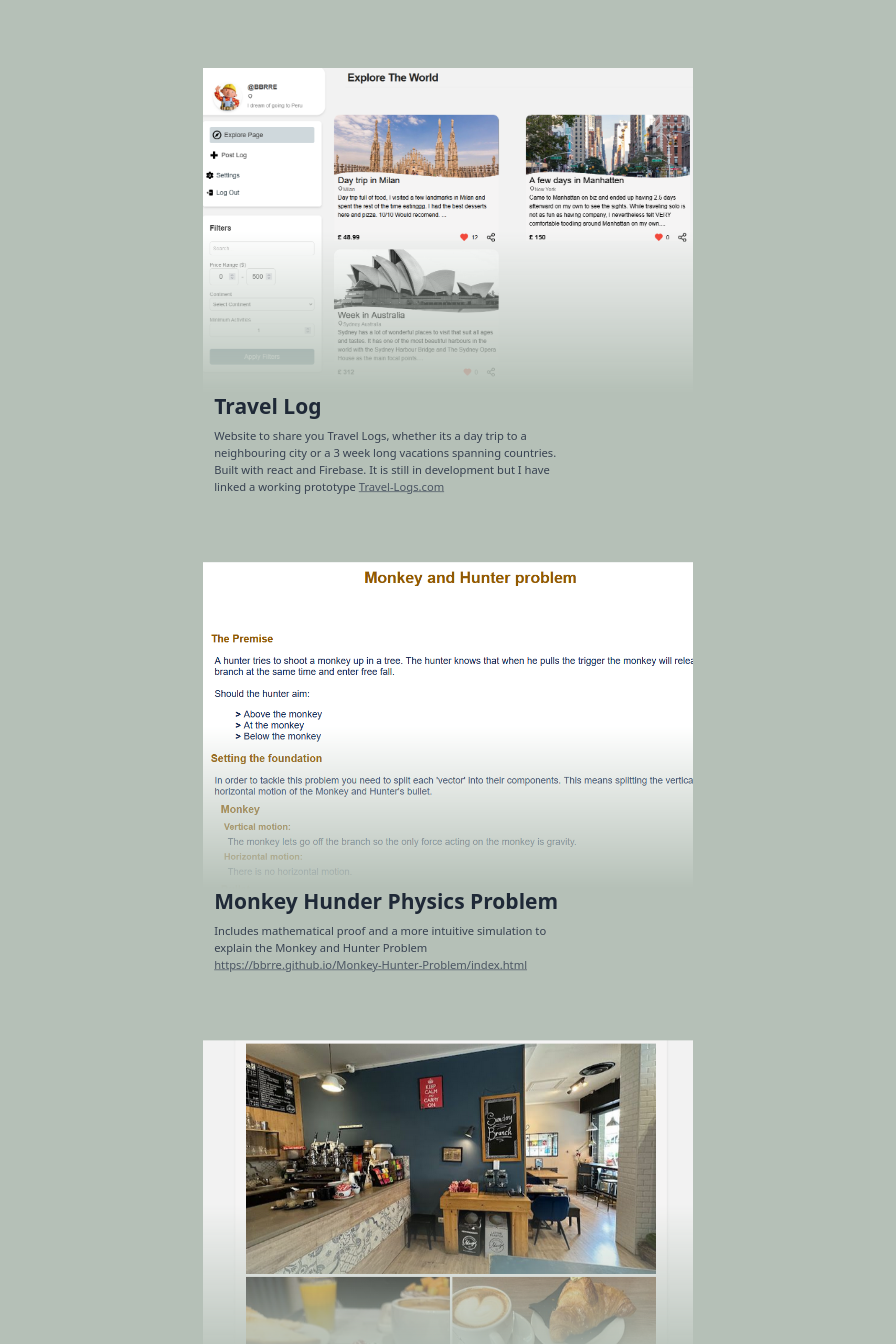
Repository: BBRRE/Portfolio-V2
Page: /#/Computer-Sci
An editor plug-in stored every save of this project. The page is shown before and after the next save, followed by the edit.
The browser window is 1280 px wide. The pictures show the part of the page from y = 0 to 1920 px (the page is 2073 px tall before and 2634 px after), at 70% of full size.
Some web fonts or font styles are not loaded; a fallback is used. The project was rebuilt for these pictures with package versions that can differ from the ones it lists, and the page was loaded fresh each time. Also part of the build but not shown: vite.config.js, src/Subjects/Archi.jsx, src/Subjects/EEng.jsx, src/Subjects/Other.jsx, src/Projects Overview.jsx, src/HomePage.jsx, src/ErrorBoundary.jsx.

Above is the page before, as saved 2024-11-29 09:17:45.

After the next save:
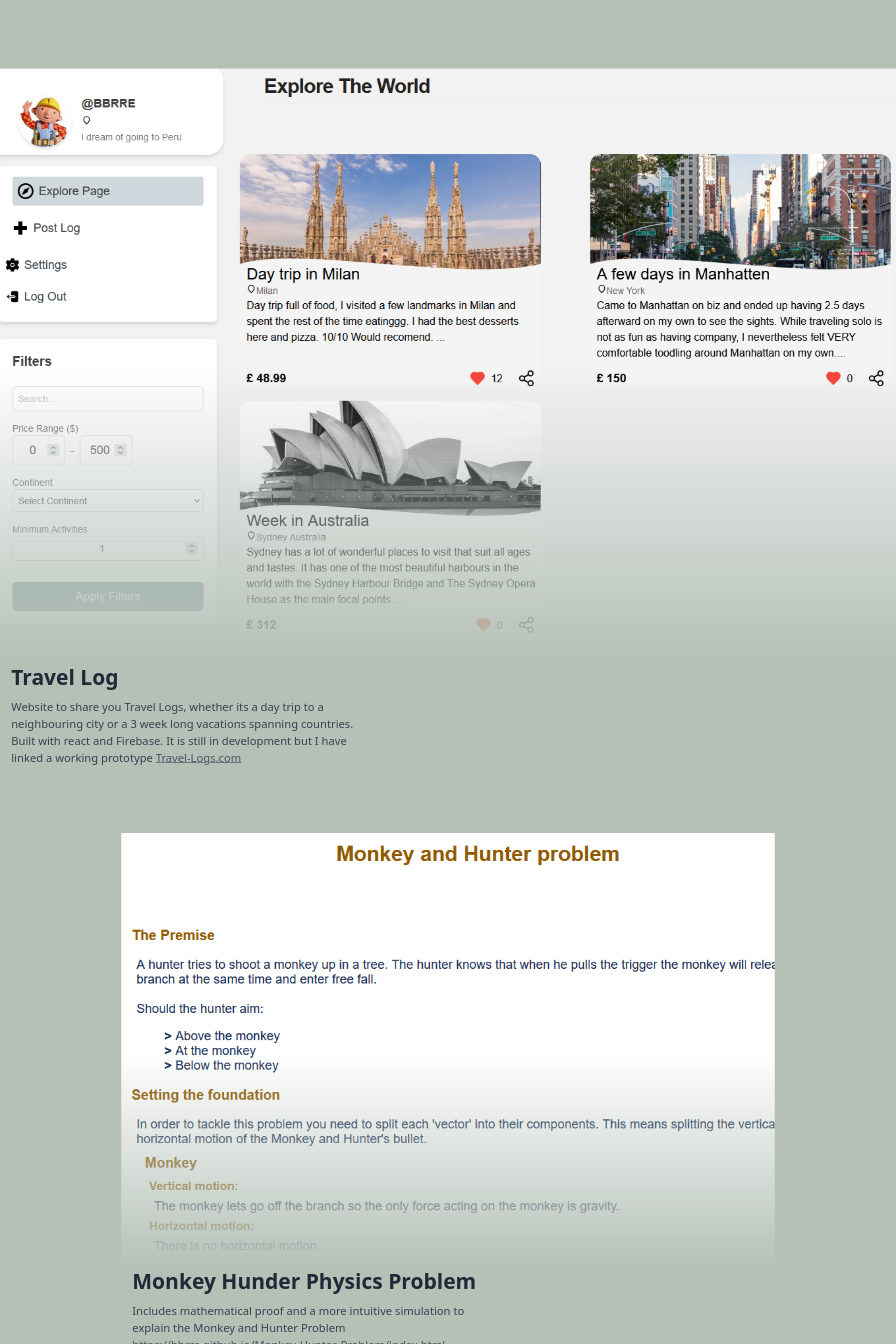
Saved 13 s later.
--- a/src/Subjects/CompSci.jsx
+++ b/src/Subjects/CompSci.jsx
@@ -6,7 +6,7 @@ import tr from '../assets/tra.png'
 const CompSci = () => {
   return (
     <div className='bg-[#B5C0B7] w-full h-auto min-h-screen grid grid-cols-1'>
-      <div className='flex flex-col mx-auto mt-24 w-[700px]'>
+      <div className='flex flex-col mx-auto mt-24'>
         <img src={cs} style={{ WebkitMaskImage: 'linear-gradient(to top, transparent 0%, black 50%)' }} />
         <div className="  flex flex-col ml-4 gap-3 justify-center">
           <h2 className=" text-left text-xl md:text-2xl lg:text-3xl font-semibold text-gray-800">
@@ -19,7 +19,7 @@ const CompSci = () => {
         </div>
       </div>
 
-      <div className='flex flex-col mx-auto mt-24 w-[700px]'>
+      <div className='flex flex-col mx-auto mt-24'>
         <img src={ph} style={{ WebkitMaskImage: 'linear-gradient(to top, transparent 0%, black 50%)' }} />
         <div className=" flex flex-col ml-4 gap-3 justify-center">
           <h2 className=" text-left text-xl md:text-2xl lg:text-3xl font-semibold text-gray-800">
@@ -30,7 +30,7 @@ const CompSci = () => {
         </div>
       </div>
 
-      <div className='flex flex-col mx-auto mt-24 w-[700px]'>
+      <div className='flex flex-col mx-auto mt-24'>
         <img src={tr} style={{ WebkitMaskImage: 'linear-gradient(to top, transparent 0%, black 50%)' }} />
         <div className=" flex flex-col ml-4 gap-3 justify-center">
           <h2 className=" text-left text-xl md:text-2xl lg:text-3xl font-semibold text-gray-800">
